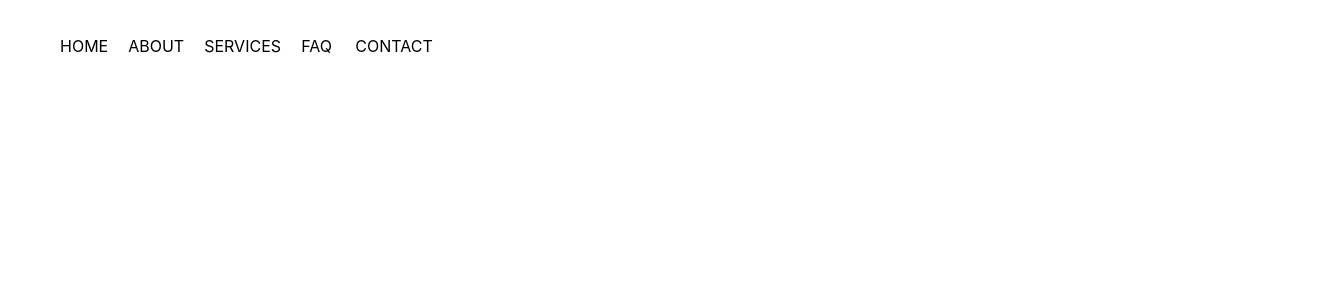
Repository: sriram1224/reactas1.github.io
Page: /
The author's editor kept a copy of each file at every save. The page is drawn from the files as they stood at one save, then again after the next save.
The browser window is 1280 px wide. The page is 1320 px wide, so the pictures cover 1320 px, including what lies to the right of the window. The pictures show the whole page.
The project was rebuilt for these pictures with package versions that can differ from the ones it lists, and the page was loaded fresh each time.

Above is the page before, as saved 2024-03-05 06:45:37.

After the next save:
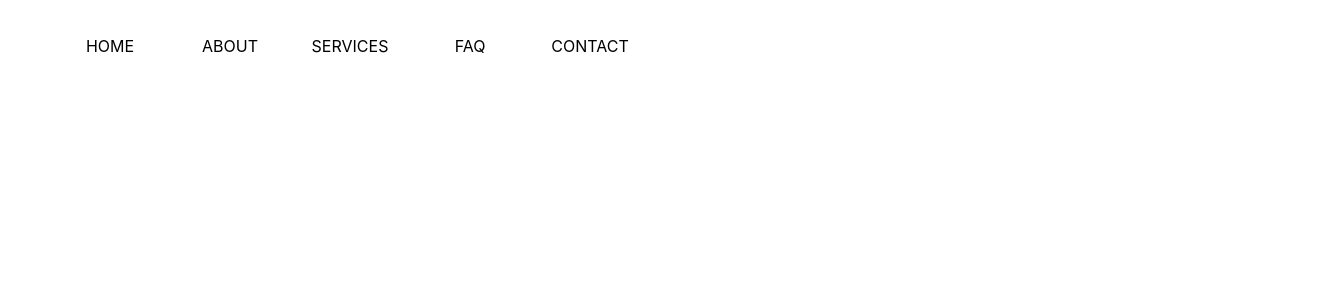
Saved 24 s later.
--- a/src/Components/Nav.css
+++ b/src/Components/Nav.css
@@ -13,5 +13,5 @@
     gap: 20px;
 }
 .Nav ul li{
-    width: 20%;
+    width: 100px;
 }
